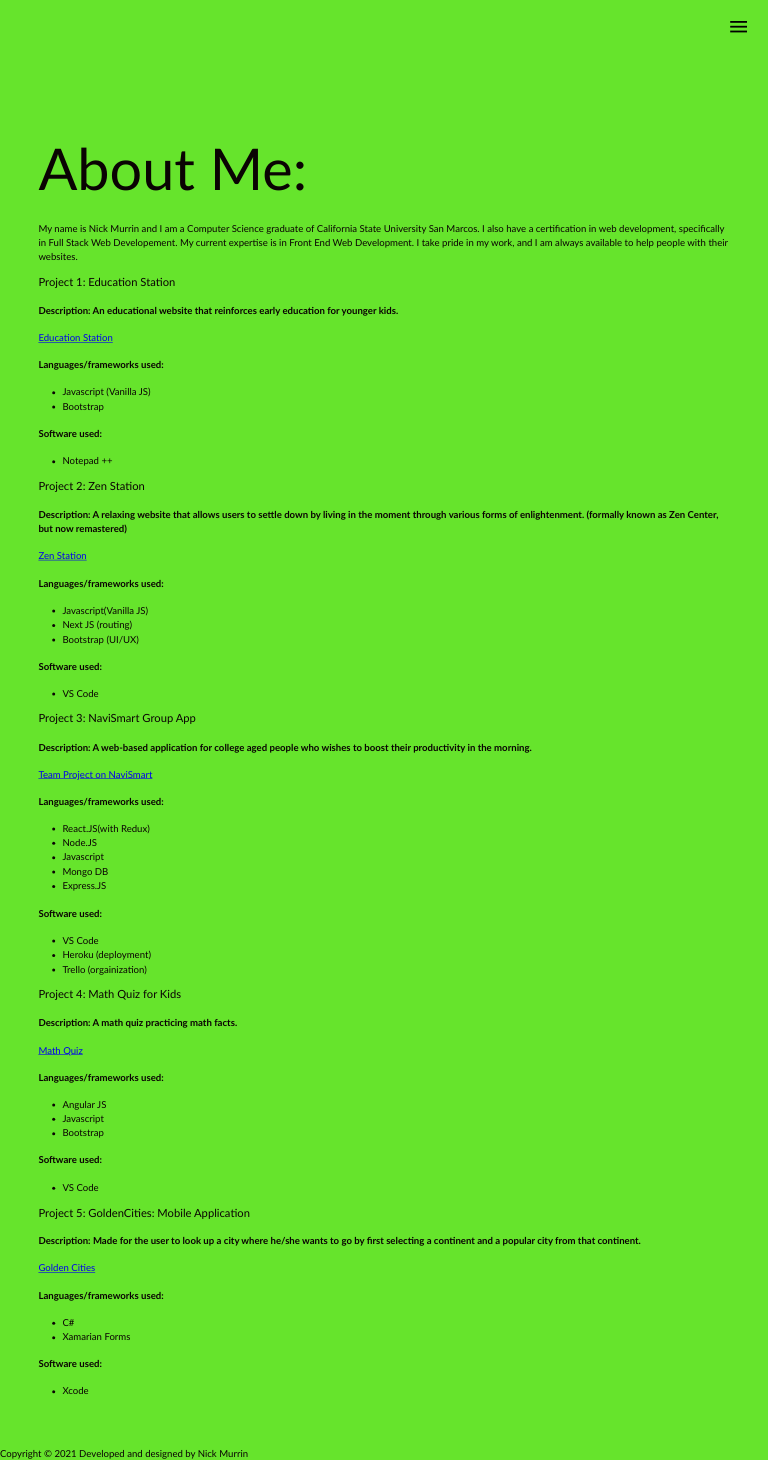
Repository: collegedude9300/modernport
Page: about.html
The author's editor kept a copy of each file at every save. The page is drawn from the files as they stood at one save, then again after the next save.
The browser window is 1280 px wide. The pictures show the whole page, at 60% of full size.

Above is the page before, as saved 2022-10-21 17:38:40.

After the next save:
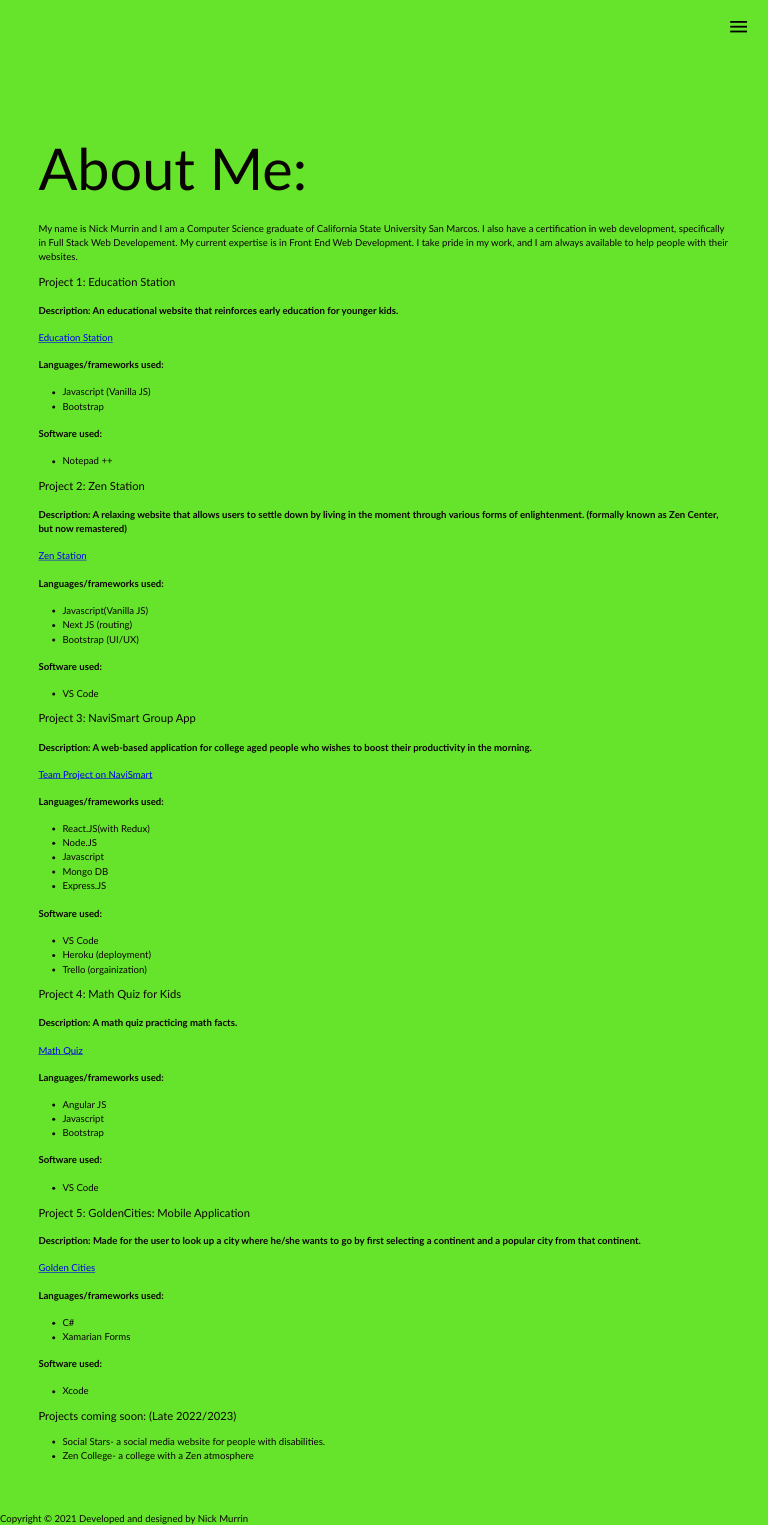
Saved 4 min 20 s later.
--- a/about.html
+++ b/about.html
@@ -138,6 +138,11 @@ About Me:
 </ul>
       </div>
 </div>
+<h3> Projects coming soon: (Late 2022/2023)      </h3>
+<ul>
+  <li>Social Stars- a social media website for people with disabilities.</li>
+  <li>Zen College- a college with a Zen atmosphere</li>
+</ul>
 </main>
   <footer id="main-footer">
   Copyright &copy; 2021
